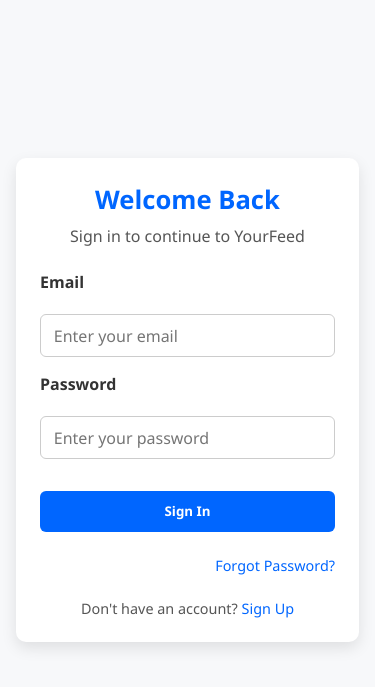
Repository: rizwanahmed2022/YourFees-BlogingApp
Page: login.html
An editor plug-in stored every save of this project. The page is shown before and after the next save, followed by the edit.
The browser window is 375 px wide. The pictures show the whole page.

Above is the page before, as saved 2025-11-09 21:29:16.

### login.html
<!DOCTYPE html>
<html lang="en">
<head>
  <meta charset="UTF-8">
  <meta name="viewport" content="width=device-width, initial-scale=1.0">
  <title>Login | YourFeed</title>
  <link rel="stylesheet" href="styles/login.css">
</head>
<body>

  <div class="login-container">
    <div class="login-card">
      <h1 class="login-title">Welcome Back</h1>
      <p class="login-subtitle">Sign in to continue to YourFeed</p>

      <form class="login-form">
        <label for="email">Email</label>
        <input type="email" id="email" placeholder="Enter your email" required>

        <label for="password">Password</label>
        <input type="password" id="password" placeholder="Enter your password" required>

        <button type="submit" class="btn sign-in">Sign In</button>

        <p class="forgot-password"><a href="#">Forgot Password?</a></p>
      </form>

      <p class="signup-text">Don't have an account? <a href="#">Sign Up</a></p>
    </div>
  </div>

</body>
</html>

### styles/login.css
:root {
  --color-primary: #0066ff;
  --color-primary-hover: #0052cc;
  --color-bg: #f7f8fa;
  --color-card-bg: #ffffff;
  --color-text: #333333;
  --color-shadow: rgba(0, 0, 0, 0.1);
}

* {
  margin: 0;
  padding: 0;
  box-sizing: border-box;
  font-family: "Segoe UI", Tahoma, Geneva, Verdana, sans-serif;
}

body {
  background-color: var(--color-bg);
  color: var(--color-text);
  display: flex;
  justify-content: center;
  align-items: center;
  height: 100vh;
}

.login-container {
  width: 100%;
  max-width: 400px;
  padding: 1rem;
}

.login-card {
  background-color: var(--color-card-bg);
  padding: 2rem;
  border-radius: 10px;
  box-shadow: 0 6px 15px var(--color-shadow);
  text-align: center;
}

.login-title {
  font-size: 2rem;
  color: var(--color-primary);
  margin-bottom: 0.5rem;
}

.login-subtitle {
  font-size: 1rem;
  color: #555;
  margin-bottom: 1.5rem;
}

.login-form {
  display: flex;
  flex-direction: column;
  gap: 1rem;
  text-align: left;
}

.login-form label {
  font-weight: 600;
  margin-bottom: 0.3rem;
}

.login-form input {
  padding: 0.6rem 0.8rem;
  border-radius: 6px;
  border: 1px solid #ccc;
  font-size: 1rem;
}

.login-form input:focus {
  outline: none;
  border-color: var(--color-primary);
  box-shadow: 0 0 5px rgba(0, 102, 255, 0.3);
}

.btn.sign-in {
  margin-top: 1rem;
  background-color: var(--color-primary);
  color: white;
  border: none;
  padding: 0.7rem;
  border-radius: 6px;
  cursor: pointer;
  font-weight: 600;
  transition: background-color 0.2s;
}

.btn.sign-in:hover {
  background-color: var(--color-primary-hover);
}

.forgot-password {
  font-size: 0.9rem;
  text-align: right;
  margin-top: 0.5rem;
}

.forgot-password a {
  color: var(--color-primary);
  text-decoration: none;
}

.forgot-password a:hover {
  text-decoration: underline;
}

.signup-text {
  margin-top: 1.5rem;
  font-size: 0.9rem;
  color: #555;
}

.signup-text a {
  color: var(--color-primary);
  text-decoration: none;
}

.signup-text a:hover {
  text-decoration: underline;
}

/* Responsive */
@media (max-width: 500px) {
  .login-card {
    padding: 1.5rem;
  }

  .login-title {
    font-size: 1.6rem;
  }
}

After the next save:
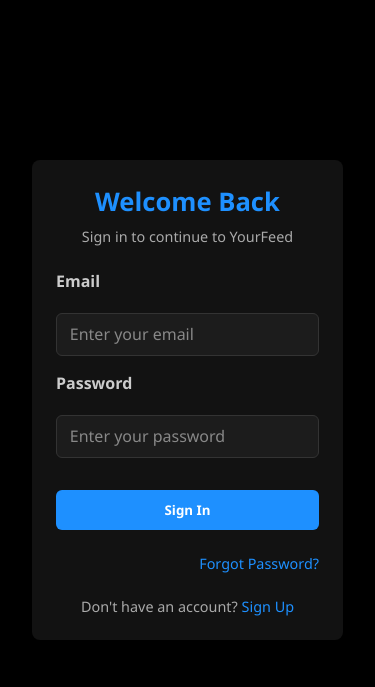
Saved 2 min 16 s later.
--- a/styles/login.css
+++ b/styles/login.css
@@ -1,10 +1,11 @@
 :root {
-  --color-primary: #0066ff;
-  --color-primary-hover: #0052cc;
-  --color-bg: #f7f8fa;
-  --color-card-bg: #ffffff;
-  --color-text: #333333;
-  --color-shadow: rgba(0, 0, 0, 0.1);
+  --color-primary: #1e90ff;
+  --color-bg: #000000;        /* page background */
+  --color-card-bg: #121212;   /* card background */
+  --color-text: #f0f0f0;
+  --color-input-bg: #1c1c1c;
+  --color-shadow: rgba(0, 0, 0, 0.7);
+  --color-primary-hover: #0066cc;
 }
 
 * {
@@ -20,20 +21,20 @@
   display: flex;
   justify-content: center;
   align-items: center;
-  height: 100vh;
+  min-height: 100vh;
 }
 
 .login-container {
   width: 100%;
-  max-width: 400px;
+  max-width: 450px;
   padding: 1rem;
 }
 
 .login-card {
   background-color: var(--color-card-bg);
   padding: 2rem;
-  border-radius: 10px;
-  box-shadow: 0 6px 15px var(--color-shadow);
+  border-radius: 12px;
+  box-shadow: 0 6px 20px var(--color-shadow);
   text-align: center;
 }
 
@@ -45,7 +46,7 @@
 
 .login-subtitle {
   font-size: 1rem;
-  color: #555;
+  color: #aaa;
   margin-bottom: 1.5rem;
 }
 
@@ -59,19 +60,26 @@
 .login-form label {
   font-weight: 600;
   margin-bottom: 0.3rem;
+  color: #ccc;
 }
 
 .login-form input {
   padding: 0.6rem 0.8rem;
   border-radius: 6px;
-  border: 1px solid #ccc;
+  border: 1px solid #333;
+  background-color: var(--color-input-bg);
+  color: var(--color-text);
   font-size: 1rem;
+}
+
+.login-form input::placeholder {
+  color: #888;
 }
 
 .login-form input:focus {
   outline: none;
   border-color: var(--color-primary);
-  box-shadow: 0 0 5px rgba(0, 102, 255, 0.3);
+  box-shadow: 0 0 5px rgba(30, 144, 255, 0.5);
 }
 
 .btn.sign-in {
@@ -108,7 +116,7 @@
 .signup-text {
   margin-top: 1.5rem;
   font-size: 0.9rem;
-  color: #555;
+  color: #aaa;
 }
 
 .signup-text a {
@@ -120,13 +128,24 @@
   text-decoration: underline;
 }
 
-/* Responsive */
+/* ======================
+   Responsive for mobile
+====================== */
 @media (max-width: 500px) {
+  body {
+    padding: 1rem;
+  }
+
   .login-card {
     padding: 1.5rem;
+    border-radius: 8px;
   }
 
   .login-title {
     font-size: 1.6rem;
   }
+
+  .login-subtitle {
+    font-size: 0.9rem;
+  }
 }
